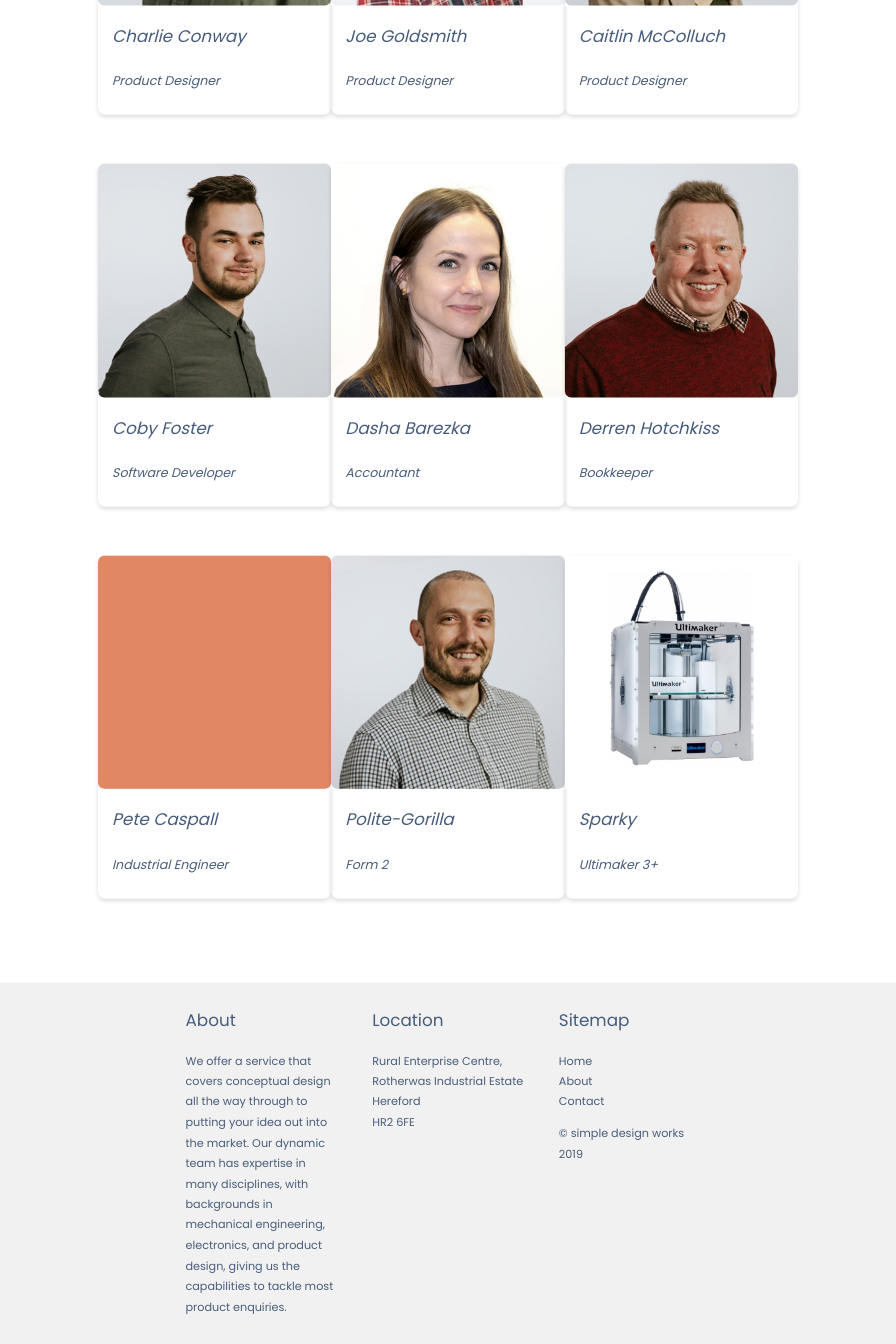
Repository: cobyfoster99/User-Centric-frontend-project
Page: about.html
The author's editor kept a record of every edit. The page is drawn from the files as they stood at one moment, then again after the next edit.
The browser window is 1280 px wide. The pictures show the part of the page from y = 2697 to 4617 px (the page is 4635 px tall), at 70% of full size.
Some web libraries are served in a nearby version.

Above is the page before.

### about.html
<!DOCTYPE html>
<html lang="en">

<head>
    <meta charset="UTF-8">
    <meta name="viewport" content="width=device-width, initial-scale=1.0, max-scale=1.0">
    <meta http-equiv="X-UA-Compatible" content="ie=edge">
    <link rel="stylesheet" href="assets/css/style.css" type="text/css" />
    <link rel="stylesheet" href="https://stackpath.bootstrapcdn.com/font-awesome/4.7.0/css/font-awesome.min.css" type="text/css" />
    <script src="https://kit.fontawesome.com/78b1021543.js"></script>
    <link rel="stylesheet" href="https://stackpath.bootstrapcdn.com/bootstrap/4.3.1/css/bootstrap.min.css" integrity="sha384-ggOyR0iXCbMQv3Xipma34MD+dH/1fQ784/j6cY/iJTQUOhcWr7x9JvoRxT2MZw1T" crossorigin="anonymous">
    <title>Simple Design Works | Product Design Agency</title>
</head>

<body>

    <header>
        <nav class="navbar navbar-expand-md">
            <img class="logo img-responsive" src="./assets/media-library/logo.png"></img>
            <button class="navbar-toggler navbar-light" type="button" data-toggle="collapse" data-target="#collapsibleNavbar">
    <span class="navbar-toggler-icon"></span>
  </button>
            <div class="collapse navbar-collapse nav-center" id="collapsibleNavbar">
                <ul class="navbar-nav">
                    <li class="nav-item">
                        <a class="nav-link" href="#">Home</a>
                    </li>
                    <li class="nav-item">
                        <a class="nav-link nav-active" href="#">About</a>
                    </li>
                    <li class="nav-item">
                        <a class="nav-link" href="#">Contact</a>
                    </li>
                </ul>
            </div>
        </nav>
    </header>

    <section>

        <!--------------------- Global Banner Image--------------------->
        <div class="container-fluid">
            <div class="row banner-image-container no-gutters">
                <img class="banner-image" src="assets/media-library/Team banner.jpg"></img>
            </div>
        </div>


        <!--------------------- About Page About --------------------->
        <div class="container-about">
            <div class="about-section">
                <h3 class="about-h3 aligned-border">Meet The Team</h3>
                <p class="aligned-border about-p">We offer a service that covers conceptual design all the way through to putting your idea out into the market. Our dynamic team has expertise in many disciplines, with backgrounds in mechanical engineering, electronics, and product design,
                    giving us the capabilities to tackle most product enquiries.

                </p>
            </div>
        </div>

        <!--------------------- About Page Teem --------------------->
        <div class="container-fluid">
            <div class="meet-the-team">
                <div class="meet-the-team-box">
                    <img class="meet-the-team-img" src="./assets/media-library/Kristo.jpg"></img>
                    <h4 class="meet-the-team-h4">Kristo Shivachev</h4>
                    <h5 class="meet-the-team-h5">Managing Director</h5>
                </div>

                <div class="meet-the-team-box">
                    <img class="meet-the-team-img" src="./assets/media-library/Richard.jpg"></img>
                    <h4 class="meet-the-team-h4">Richard Sutherland</h4>
                    <h5 class="meet-the-team-h5">Design Dirctor</h5>
                </div>

                <div class="meet-the-team-box">
                    <img class="meet-the-team-img" src="./assets/media-library/Ruth.jpg"></img>
                    <h4 class="meet-the-team-h4">Ruth Parry</h4>
                    <h5 class="meet-the-team-h5">Head of Marketing</h5>
                </div>



                <div class="meet-the-team-box">
                    <img class="meet-the-team-img" src="./assets/media-library/Dummy.jpg"></img>
                    <h4 class="meet-the-team-h4">Julie Tyler</h4>
                    <h5 class="meet-the-team-h5">Office Manager</h5>
                </div>

                <div class="meet-the-team-box">
                    <img class="meet-the-team-img" src="./assets/media-library/Barker1.jpg"></img>
                    <h4 class="meet-the-team-h4">Tracy Arch</h4>
                    <h5 class="meet-the-team-h5">Trade Mark Attorney</h5>
                </div>

                <div class="meet-the-team-box">
                    <img class="meet-the-team-img" src="./assets/media-library/Barker2.jpg"></img>
                    <h4 class="meet-the-team-h4">Neil Kilpatrick</h4>
                    <h5 class="meet-the-team-h5">Patent Attorney</h5>
                </div>

                <div class="meet-the-team-box">
                    <img class="meet-the-team-img" src="./assets/media-library/charlie.jpg"></img>
                    <h4 class="meet-the-team-h4">Charlie Conway</h4>
                    <h5 class="meet-the-team-h5">Product Designer</h5>
                </div>

                <div class="meet-the-team-box">
                    <img class="meet-the-team-img" src="./assets/media-library/Joe.jpg"></img>
                    <h4 class="meet-the-team-h4">Joe Goldsmith</h4>
                    <h5 class="meet-the-team-h5">Product Designer</h5>
                </div>
                <div class="meet-the-team-box">
                    <img class="meet-the-team-img" src="./assets/media-library/caitlin.jpg"></img>
                    <h4 class="meet-the-team-h4">Caitlin McColluch</h4>
                    <h5 class="meet-the-team-h5">Product Designer</h5>
                </div>

                <div class="meet-the-team-box">
                    <img class="meet-the-team-img" src="./assets/media-library/Coby.jpg"></img>
                    <h4 class="meet-the-team-h4">Coby Foster</h4>
                    <h5 class="meet-the-team-h5">Software Developer</h5>
                </div>

                <div class="meet-the-team-box">
                    <img class="meet-the-team-img" src="./assets/media-library/Dasha.jpg"></img>
                    <h4 class="meet-the-team-h4">Dasha Barezka</h4>
                    <h5 class="meet-the-team-h5">Accountant</h5>
                </div>

                <div class="meet-the-team-box">
                    <img class="meet-the-team-img" src="./assets/media-library/Derren.jpg"></img>
                    <h4 class="meet-the-team-h4">Derren Hotchkiss</h4>
                    <h5 class="meet-the-team-h5">Bookkeeper</h5>
                </div>



                <div class="meet-the-team-box">
                    <img class="meet-the-team-img" src="./assets/media-library/Dummy.jpg"></img>
                    <h4 class="meet-the-team-h4">Pete Caspall</h4>
                    <h5 class="meet-the-team-h5">Industrial Engineer</h5>
                </div>

                <div class="meet-the-team-box">
                    <img class="meet-the-team-img" src="./assets/media-library/Kristo.jpg"></img>
                    <h4 class="meet-the-team-h4">Polite-Gorilla</h4>
                    <h5 class="meet-the-team-h5">Form 2</h5>
                </div>

                <div class="meet-the-team-box">
                    <img class="meet-the-team-img" src="./assets/media-library/ultimaker.jpg"></img>
                    <h4 class="meet-the-team-h4">Sparky
                        <h4>
                            <h5 class="meet-the-team-h5">Ultimaker 3+</h5>
                </div>

            </div>
        </div>
        <div class="padding-100"></div>
    </section>

    <footer>
        <div class="container-fluid">
            <div class="row no-gutters footer-about">
                <div class="col-sm footer-section">
                    <h2 class="footer-h2">About</h2>
                    <p class="footer-p">We offer a service that covers conceptual design all the way through to putting your idea out into the market. Our dynamic team has expertise in many disciplines, with backgrounds in mechanical engineering, electronics, and product
                        design, giving us the capabilities to tackle most product enquiries.
                    </p>
                </div>
                <div class="col-sm footer-section footer-location">
                    <h2 class="footer-h2">Location</h2>
                    <p class="footer-p">Rural Enterprise Centre,<br> Rotherwas Industrial Estate<br> Hereford
                        <br> HR2 6FE<br>
                    </p>
                </div>
                <div class="col-sm footer-section footer-sitemap">
                    <h2 class="footer-h2">Sitemap</h2>
                    <p class="footer-p"><a class="footer-links" href="/home">Home</a> <br> <a class="footer-links" href="/about">About</a> <br> <a class="footer-links" href="/contact">Contact</a> <br>
                        <p class="footer-p">© simple design works 2019</p>
                    </p>
                </div>


            </div>
        </div>
    </footer>

</body>

</html>

### assets/css/style.css
/* ------------------------------------------- Typography */

@import url('https://fonts.googleapis.com/css?family=Poppins:400,600,700&display=swap');

h1,
h2,
h3,
h4,
h5,
p,
span {
    font-family: "poppins", sans-serif;
    color: #475D7B;
}



/* -------------------------------------------- Header */

header {
    background-color: #fffff;
    padding-top: 20px;
    padding-bottom: 20px;
}

.logo {
    display: inline-block;
    max-width: 70%;
    height: auto;
    transition: all .5s ease-in-out;
    -moz-transition: all .5s ease-in-out;
    -webkit-transition: all .5s ease-in-out;
}

@media only screen and (max-width: 1920px) and (min-width: 1220px) {
    .nav-center {
        margin-left: 220px;
        margin-right: auto;
    }
}

@media only screen and (max-width: 1920px) and (min-width: 1220px) {
    nav {
        width: 80%;
        margin-left: auto;
        margin-right: auto;
    }
}

.navbar-light .navbar-nav .nav-link {
    color: #475D7B;
}

.nav-link {
    font-size: 18px;
    text-align: center;
    text-decoration: none;
    color: #475D7B;
    font-weight: 600;
    transition: all .5s ease-in-out;
    -moz-transition: all .5s ease-in-out;
    -webkit-transition: all .5s ease-in-out;
}

.nav-item {
    padding-left: 30px;
}

.nav-link:hover {
    color: #E18763;
}

.nav-active {
    color: #E18763;
}

/* -------------------------------------------- Media Queries - Header */

@media only screen and (max-width: 1440px) and (min-width: 768px) {
    .menuitem {
        padding-bottom: 10px;
    }
}




/* -------------------------------------------- Banner Image Global */

.banner-image {
    display: block;
    margin-left: auto;
    margin-right: auto;
    padding-left: 10px;
    max-width: 100%;
    height: auto;
}

/* -------------------------------------------- SDW Catchphrase Global */

.catchphrase {
    display: block;
    text-align: center;
    margin-left: auto;
    margin-right: auto;
    padding-top: 75px;
}

.header-h3 {
    text-align: center;
    display: inline-block;
    padding-left: 10px;
}

/* -------------------------------------------- Home-page About */

.about-section {
    display: block;
    box-shadow: 0px 3px 6px rgba(0, 0, 0, 0.15);
    border-radius: 25px;
    margin-bottom: 50px;
    margin-top: 100px;
}

.aligned-border {
    padding: 20px;
}

.about-h3 {
    padding-top: 75px;
    line-height: 35pt;
    letter-spacing: 1.5px;
}

.about-p {
    padding-top: 20px;
    padding-bottom: 75px;
    line-height: 35pt;
    letter-spacing: 1.5px;
    font-size: 20px;
}

.container-about {
    margin-left: auto;
    margin-right: auto;
    width: 80%;
}


/* -------------------------------------------- Media Queries - Home-page-about */

@media only screen and (max-width: 1920px) and (min-width: 1200px) {
    .container-about {
        margin-right: 0;
        margin-left: 10%;
        width: 90%;
    }
}

@media only screen and (max-width: 1920px) and (min-width: 1200px) {
    .about-section {
        border-radius: 25px 0px 0px 25px;
    }
}


@media only screen and (max-width: 1920px) and (min-width: 1200px) {
    .about-p,
    .about-h3 {

        padding-left: 80px;

    }
}

@media only screen and (max-width: 1220px) and (min-width: 320px) {
    .about-p,
    .about-h3 {

        line-height: normal;
        letter-spacing: normal;
        text-align: center;

    }
}

@media only screen and (max-width: 1220px) and (min-width: 320px) {
    .about-p {
        padding-bottom: 50px;
        padding-top: 0px;
        font-size: 16px;
    }
}

@media only screen and (max-width: 1220px) and (min-width: 320px) {
    .about-h3 {
        padding-top: 50px;
    }
}



/* -------------------------------------------- Media Queries - Catchphrase Global */

@media only screen and (max-width: 1920px) and (min-width: 768px) {
    .header-h3 {
        padding-left: 75px;
        padding-right: 75px;
    }
}






/* -------------------------------------------- Footer */

footer {
    background-color: #f1f1f1;
    padding-top: 20px;
    padding-bottom: 20px;
}

.footer-section {
    text-align: left;
    padding-top: 20px;
    padding-bottom: 20px;
}


.footer-h2 {
    padding-bottom: 20px;
    font-size: 24px;
    text-align: left;
}

.footer-p {
    font-size: 16px;
    line-height: 22pt;
    text-align: left;
}

.footer-links {
    text-decoration: none;
    color: #475D7B;
}

.footer-links:hover {
    text-decoration: none;
    color: #475D7B;
}

/* -------------------------------------------- Media Queries - Footer */

@media only screen and (max-width: 1920px) and (min-width: 1220px) {
    .footer-location {
        margin-left: 180px;
    }
}

@media only screen and (max-width: 1920px) and (min-width: 1220px) {
    footer {
        padding-left: 250px;
        padding-right: 250px;
    }
}

@media only screen and (max-width: 1200px) and (min-width: 768px) {
    footer {
        padding-left: 50px;
        padding-right: 0px;
    }
}

@media only screen and (max-width: 1440px) and (min-width: 768px) {
    .footer-sitemap,
    .footer-location {
        margin-left: 50px;
        padding-right: 0px;
    }
}

@media only screen and (max-width: 1200px) and (min-width: 386px) {
    .footer-p {
        font-size: 14px;
    }
}





/* -------------------------------------------- Portfolio Section - Homepage*/

.container-porfolio {
    margin-left: auto;
    margin-right: auto;
    width: 80%;
    padding-top: 100px;
    padding-bottom: 100px;
}

.portfolio-title {
    padding-left: 80px;
    padding-bottom: 50px;
}

@media only screen and (max-width: 1200px) and (min-width: 300px) {
    .portfolio-title {
        padding-left: 0px;
        text-align: center;
        padding-bottom: 20px;
    }
}

.skp-image {
    transition: all .5s ease-in-out;
    -moz-transition: all .5s ease-in-out;
    -webkit-transition: all .5s ease-in-out;
    display: inline-block;
}


@media only screen and (max-width: 1200px) and (min-width: 300px) {
    .container-portfolio {
        width: 100%;
        margin: 0;
    }
}

.folio-image {
    max-width: 100%;
    width: auto;
    min-height: auto;
    vertical-align: top;
    margin-right: auto;
    margin-left: auto;
    padding-top: 25px;
}

.folio-image-right {
    vertical-align: top;
    float: left;
    text-align: right;
}

.portfolio-skp {
    margin-left: auto;
    margin-right: auto;
}

@media only screen and (max-width: 1920px) and (min-width: 1200px) {
    .portfolio-item-large {
        margin: 0;
    }
}

.padded-image {
    padding-bottom: 0px;
}

@media only screen and (max-width: 1920px) and (min-width: 1200px) {
    .left-Featured {
        text-align: left;
        padding-left: 80px;
    }

}

.left-Featured {
    padding-bottom: 50px;
}


/* -------------------------------------------- Contact Section - Homepage*/

.container-contact {
    margin-left: auto;
    margin-right: auto;
    width: 80%;
    padding-bottom: 100px;
}

.full-name {
    margin-top: 20px;
    width: 100%;
    height: 50px;
    box-shadow: 0px 3px 6px rgba(0, 0, 0, 0.15);
    border-radius: 10px;
    border: none;
    font-family: "poppins", sans-serif;
    font-size: 16px;
}

::-webkit-input-placeholder {
    color: #475D7B;
    padding-left: 20px;
}


.dicuss-idea {
    margin-top: 20px;
    width: 100%;
    box-shadow: 0px 3px 6px rgba(0, 0, 0, 0.15);
    border-radius: 10px;
    border: none;
    font-family: "poppins", sans-serif;
    font-size: 16px;
}

.submit-button {
    width: 30%;
    margin-top: 20px;
    margin-left: 0;
    height: 50px;
    border-radius: 10px;
    border: none;
    font-family: "poppins", sans-serif;
    font-size: 16px;

}

/* -------------------------------------------- Meet the Team - About Page*/

.meet-the-team {
    width: 80%;
    margin-left: auto;
    margin-right: auto;
    display: flex;
    flex-wrap: wrap;
}

.meet-the-team-box {
    margin-top: 50px;
    box-shadow: 0px 3px 6px rgba(0, 0, 0, 0.15);
    border-radius: 10px;
    margin-bottom: 20px;
}


.meet-the-team-img {
    max-width: 100%;
    height: auto;

}

@media only screen and (max-width: 1920px) and (min-width: 1200px) {
    .meet-the-team-box {
        max-width: 33.33%;
        margin-left: auto;
        margin-right: auto;
    }
}

@media only screen and (max-width: 1200px) and (min-width: 768px) {
    .meet-the-team-box {
        max-width: 45%;
        margin-left: 10px;
        margin-right: 10px;
    }
}

.meet-the-team-h4 {
    padding: 30px 0px 0px 20px;
    font-style: italic;
}

.meet-the-team-h5 {
    padding: 30px 30px 30px 20px;
    font-style: italic;
    font-size: 18px;
}

.bottom-box-row {
    padding-bottom: 50px;
}

.padding-100 {
    padding-top: 100px;
}

After the next edit:
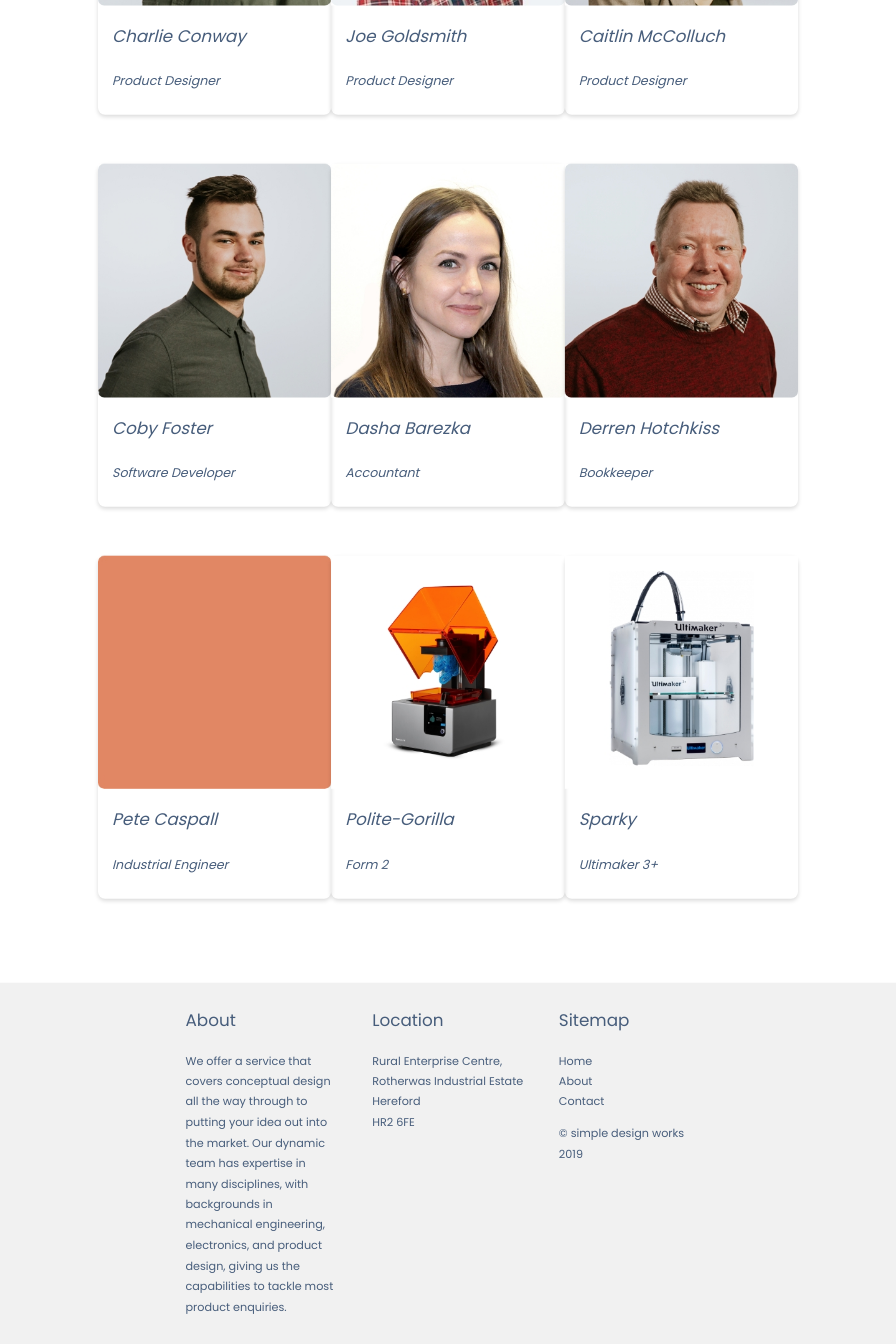
The edit:
--- a/about.html
+++ b/about.html
@@ -142,7 +142,7 @@
                 </div>
 
                 <div class="meet-the-team-box">
-                    <img class="meet-the-team-img" src="./assets/media-library/Kristo.jpg"></img>
+                    <img class="meet-the-team-img" src="./assets/media-library/form.jpg"></img>
                     <h4 class="meet-the-team-h4">Polite-Gorilla</h4>
                     <h5 class="meet-the-team-h5">Form 2</h5>
                 </div>
